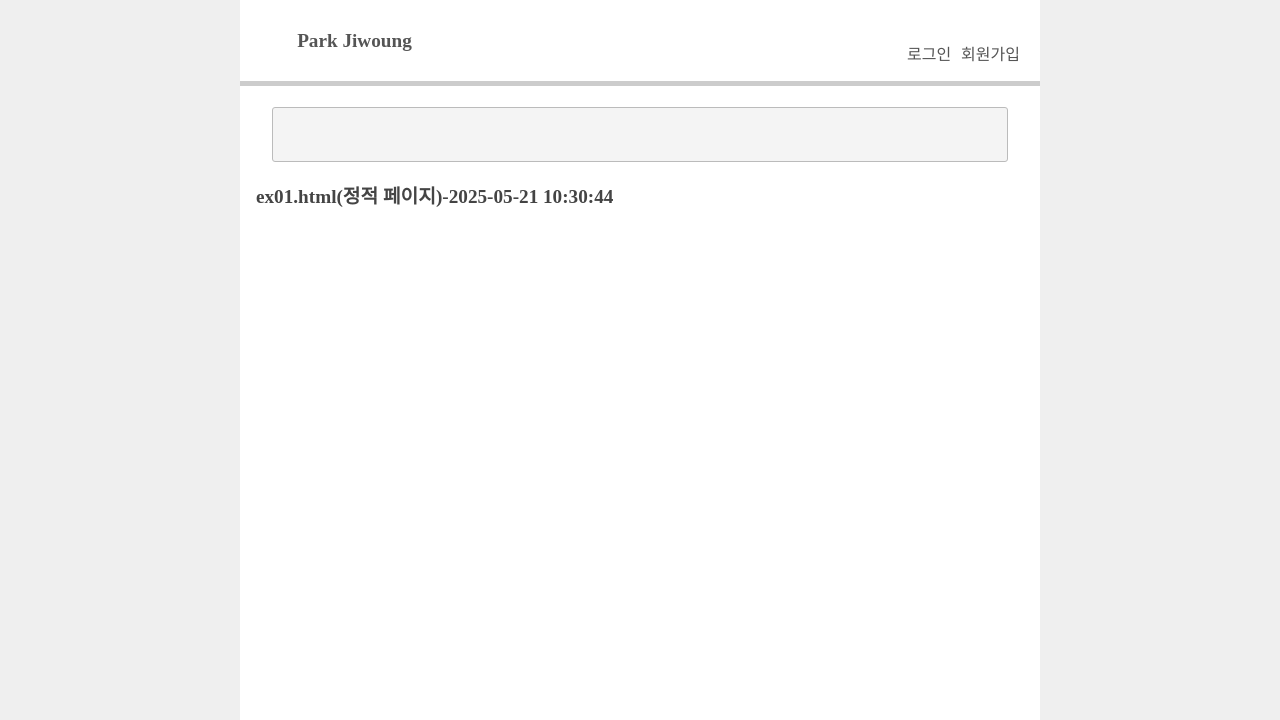
Repository: park-jiwoong/webClass
Page: http://localhost/jspPro/days01/ex01.jsp
The author's editor kept a copy of each file at every save. The page is drawn from the files as they stood at one save, then again after the next save.
The browser window is 1280 px wide. The pictures show the whole page.
Some web fonts or font styles are not loaded; a fallback is used. The page is served by Tomcat 9. Other server files are loaded and not shown.

Above is the page before, as saved 2025-05-21 01:32:58.

### JSPClass/jspPro/src/main/webapp/days01/ex01.jsp
<%@ page contentType="text/html; charset=UTF-8" pageEncoding="UTF-8"%>
<!DOCTYPE html>
<html>
<head>
<meta charset="UTF-8">
<meta name="viewport" content="width=device-width, initial-scale=1.0">
<link rel="shortcut icon" type="image/x-icon" href="http://localhost/jspPro/images/SiSt.ico">
<title>2025. 5. 21. 오전 10:31:44</title>
<script src="https://ajax.googleapis.com/ajax/libs/jquery/3.7.1/jquery.min.js"></script>
<link rel="stylesheet" href="http://localhost/jspPro/resources/cdn-main/example.css">
<script src="http://localhost/jspPro/resources/cdn-main/example.js"></script>
	<style>
 	span.material-symbols-outlined{
    vertical-align: text-bottom;
 	}
	</style>
</head>
<header>
    <h1 class="main"><a href="#" style="position: absolute;top:30px;">Park Jiwoung</a></h1>
    <ul>
        <li><a href="#">로그인</a></li>
        <li><a href="#">회원가입</a></li>

    </ul>
</header>
<div>
    <xmp class="code">
    </xmp>
    <h3>ex01.html(정적 페이지)-2025-05-21 10:30:44</h3>
</div>
</html>

### JSPClass/jspPro/src/main/webapp/resources/cdn-main/example.css
@charset "UTF-8";

@import url('https://fonts.googleapis.com/css2?family=Material+Symbols+Outlined:opsz,wght,FILL,GRAD@20..48,100..700,0..1,-50..200');

@font-face {
    font-family: 'GmarketSansMedium';
    src: url('https://cdn.jsdelivr.net/gh/projectnoonnu/noonfonts_2001@1.1/GmarketSansMedium.woff') format('woff');
    font-weight: normal;
    font-style: normal;
}

:root {
	--text-color: #555;
	--sub-text-color: #777;
	--back-color: #EFEFEF;
	--header-color: #444;
	--primary-color: #DEDEDE;
	--secondary-color: #EFEFEF;
	--default-width: 800px;
	--narrow-width: 500px;
	--wide-width: 1200px;
	--text-font: 'GmarketSansMedium';
	--icon-font: 'Material Symbols Outlined';
	--border-color: #CCC;
}

html, body {
	margin: 0;
	padding: 0;
}

html {
	background-color: var(--back-color);
	display: flex;
	justify-content: center;
	min-height: 100vh;
}

body, body.default {
	width: var(--default-width);
	background-color: white;
	padding-bottom: 120px;
}

body.wide {
	width: var(--wide-width);
}

body.narrow {
	width: var(--narrow-width);
}



body, p, div, span, a, input, select, option, textarea, button, table, th, td, label, fieldset, legend {
	font-family: var(--text-font);
	color: var(--text-color);
}

h1, h2, h3 {
	font-family: var(--text-font);
	color: var(--header-color);
	padding: 0 1rem;
	padding-top: .5rem;
}

div > h1, div > h2, div > h3 {
	padding: 0;
}

body > div, body > main > div {
	padding: 0.3rem 1rem;
}


h1 { font-size: 2rem; border-bottom: 1px solid var(--border-color); }
h1 small { font-size: 1.2rem; color: var(--sub-text-color); }
h2 { font-size: 1.5rem; border-bottom: 1px dashed var(--border-color); }
h2 small { font-size: 1.1rem; color: --sub-text-color; }
h3 { font-size: 1.2rem; }
h3 small { font-size: 1rem; color: --sub-text-color; }



h1.main::before {
	font-family: var(--icon-font);
  	content: '\e666';
  	margin-right: 10px;
  	float: left;
	font-size: 2.5rem;
}

h1.sub::before {
	font-family: var(--icon-font);
  	content: '\ea19';
  	margin-right: 10px;
  	float: left;
	font-size: 2.5rem;
}


h1.page::before {
	font-family: var(--icon-font);
  	content: '\e0e0';
  	margin-right: 10px;
  	float: left;
	font-size: 2.5rem;
}

body > header > ul > li > .active{
	background-color: #FFF;
	color:#F00;
}

body > header {
	display: flex;
	justify-content: space-between;
	border-bottom: 5px solid var(--border-color);
	min-height: 74px;
	background-color: #FFF;
}

body > header.sticky {
	position: sticky;
	top: 0;
	z-index: 98;
}

body > header > h1 {
	font-size: 1.2rem;
	border: 0;
}

body > header.in > h1::before {
	font-family: var(--icon-font);
  	content: '\e332‥';
  	margin-right: 3px;
  	float: left;
	font-size: 2rem;
}


body > header > ul {
	list-style-type: none;
	display: flex;
	align-items: flex-end;
	margin-right: 10px;
}

body > header > ul > li {
	margin-right: 10px;
	cursor: pointer;
}

body > header > ul > li > a {
	cursor: pointer;
}


form {
	display: block;
}

form > div {
	padding: 0.3rem 1rem;
}

div > form > div {
	padding: 0.3rem 0;
}

input, textarea, button, select {
	border: 1px solid #BBB;
	border-radius: 3px;
	outline: none;
	resize: none;
	padding: 7px;
	margin: 0;
}

input[type=text]:read-only, textarea:read-only {
	cursor: not-allowed;
	background-color: #FFF;
}

input[type=text]:disabled, textarea:disabled {
	cursor: not-allowed;
	background-color: #EEE;
}

input[type=text], input[type=password], textarea, button, select {
	/* width: 300px; */
}

textarea {
	display: block;
	height: 100px;
}

input[type=button], input[type=submit], button {
	/* width: inherit; */
}

input.short, textarea.short, button.short, select.short {
	width: 100px;
}

input.long, textarea.long, button.long, select.long {
	width: 350px;
}

.narrow input.long, .narrow textarea.long, .narrow button.long, .narrow select.long {
	width: calc(100% - 20px);
}

input.full, textarea.full, button.full, select.full {
	width: calc(100% - 20px);
}

textarea.short {
	height: 50px;
}

textarea.long {
	height: 100px;
}

textarea.full {
	height: 200px;
}

input, textarea {
	padding-top: 8px;
}

input[type=button], input[type=submit], button {
	padding: 5px 10px;
	background-color: var(--secondary-color);
	cursor: pointer;
	min-height: 36px;
}

input[type=button].primary, input[type=submit].primary, button.primary {
	/* background-color: rgba(100, 149, 237, .2); */
	background-color: var(--primary-color);
}

input[type=button].primary:hover, input[type=submit].primary:hover, button.primary:hover {
	/* background-color: rgba(100, 149, 237, .3); */
	background-color: var(--secondary-color);
}

input[type=button]:hover, input[type=submit]:hover, button:hover {
	background-color: var(--primary-color);
}

button {
	position: relative;
	left: 0;
	top: 0;
	padding-left: 35px;
}

button .material-symbols-outlined {
	position: absolute;
	left: 10px;
	top: 4px;
}

/* k2nik add */
button.login::before {
	font-family: var(--icon-font);
  	content: '\ea77';
	position: absolute;
	left: 11px;
	top: 4px;
	font-size: 1.25rem;
}

/* k2nik logout */
button.logout::before {
	font-family: var(--icon-font);
  	content: '\e9ba';
	position: absolute;
	left: 11px;
	top: 4px;
	font-size: 1.25rem;
}

/* k2nik help */
button.help::before {
	font-family: var(--icon-font);
  	content: '\f1c0';
	position: absolute;
	left: 11px;
	top: 4px;
	font-size: 1.25rem;
}

button.add::before{
	font-family: var(--icon-font);
  	content: '\e746';
	position: absolute;
	left: 11px;
	top: 4px;
	font-size: 1.25rem;
}

button.back::before {
	font-family: var(--icon-font);
  	content: '\e166';
	position: absolute;
	left: 11px;
	top: 4px;
	font-size: 1.25rem;
}

button.list::before {
	font-family: var(--icon-font);
  	content: '\e0ee';
	position: absolute;
	left: 11px;
	top: 4px;
	font-size: 1.25rem;
}


button.del::before {
	font-family: var(--icon-font);
  	content: '\e872';
	position: absolute;
	left: 11px;
	top: 4px;
	font-size: 1.25rem;
}

button.alldel::before {
	font-family: var(--icon-font);
  	content: '\e92b';
	position: absolute;
	left: 11px;
	top: 4px;
	font-size: 1.25rem;
}


button.edit::before {
	font-family: var(--icon-font);
  	content: '\e745';
	position: absolute;
	left: 11px;
	top: 4px;
	font-size: 1.25rem;
}


button.login::before {
	font-family: var(--icon-font);
  	content: '\ea77';
	position: absolute;
	left: 11px;
	top: 4px;
	font-size: 1.25rem;
}


button.logout::before {
	font-family: var(--icon-font);
  	content: '\e9ba';
	position: absolute;
	left: 11px;
	top: 4px;
	font-size: 1.25rem;
}


button.in::before {
	font-family: var(--icon-font);
  	content: '\f71a';
	position: absolute;
	left: 11px;
	top: 4px;
	font-size: 1.25rem;
}


button.out::before {
	font-family: var(--icon-font);
  	content: '\f70e';
	position: absolute;
	left: 11px;
	top: 4px;
	font-size: 1.25rem;
}


button.reply::before {
	font-family: var(--icon-font);
  	content: '\e15e';
	position: absolute;
	left: 11px;
	top: 4px;
	font-size: 1.25rem;
}


button.comment::before {
	font-family: var(--icon-font);
  	content: '\e0b9';
	position: absolute;
	left: 11px;
	top: 4px;
	font-size: 1.25rem;
}


button.modal::before {
	font-family: var(--icon-font);
  	content: '\e89e';
	position: absolute;
	left: 11px;
	top: 4px;
	font-size: 1.25rem;
}


button.ok::before {
	font-family: var(--icon-font);
  	content: '\e86c';
	position: absolute;
	left: 11px;
	top: 4px;
	font-size: 1.25rem;
}


button.cancel::before {
	font-family: var(--icon-font);
  	content: '\e5c9';
	position: absolute;
	left: 11px;
	top: 4px;
	font-size: 1.25rem;
}

button.search::before {
	font-family: var(--icon-font);
  	content: '\e8b6';
	position: absolute;
	left: 11px;
	top: 4px;
	font-size: 1.25rem;
}

button.home::before {
	font-family: var(--icon-font);
  	content: '\e88a';
	position: absolute;
	left: 11px;
	top: 4px;
	font-size: 1.25rem;
}


button.sidebar::before {
	font-family: var(--icon-font);
  	content: '\f7e4';
	position: absolute;
	left: 11px;
	top: 4px;
	font-size: 1.25rem;
}


button.sidebar-right::before {
	font-family: var(--icon-font);
  	content: '\f7e5';
	position: absolute;
	left: 11px;
	top: 4px;
	font-size: 1.25rem;
}




button::before {
	font-family: var(--icon-font);
  	content: '\e323';
	position: absolute;
	left: 11px;
	top: 4px;
	font-size: 1.25rem;
}


table {
	border-collapse: collapse;
	margin: 1rem;
	box-sizing: border-box;
	width: calc(100% - 32px);
}

table.content {
	width: auto;
}

div > table {
	margin: 0;
}

table th, table td {
	border: 1px solid var(--border-color);
	padding: 7px;
	font-weight: normal;
}

table th {
	background-color: var(--back-color);
}

table.vertical th {
	width: 150px;
}

table.vertical td {
	width: calc(100% - 182px);
	padding-left: 10px;
}

table.content td, table.content th {
	width: auto;
}

body.narrow table.vertical th {
	width: 100px;
}

body.narrow table.vertical td {
	width: calc(100% - 182px);
}


table + table {
	margin-top: 30px;
}


p {
	padding: 0 1rem;
}

a {
	text-decoration: none;
}

a:hover {
	color: rgba(255, 99, 71, .7);
}

hr {
	border: 0;
	border-top: 1px solid var(--border-color);
	margin: 2rem 0;
}

.message {
	border: 1px solid var(--border-color);
	background-color: #EFEFEF;
	margin: 1rem;
	width: auto;
	padding-top: 10px;
	padding-bottom: 10px;
	font-size: 14px;
}

.message[title]::before {
	content: attr(title);
	display: block;
	border-bottom: 1px solid var(--border-color);
	padding-bottom: 5px;
	margin-bottom: 10px;
	margin-top: 7px;
}

.message.short {
	max-width: 250px;
}

.message.long {
	max-width: 500px;
}

.badge {
	float: right;
	font-size: .8rem;
	margin-top: 2px;
	margin-right: 2px;
	text-shadow: 0 0 7px gray;
}

.badge.left {
	float: none;
	margin-left: 2px;
}

.badge.right {
	float: right;
}

.badge.red {
	border-radius: 50%;
	padding: 2px 5px;
	background-color: rgb(255, 99, 71, .3);
}

.badge.yellow {

	border-radius: 50%;
	padding: 2px 5px;
	background-color: rgb(255, 215, 0, .5);
}

.badge.blue {
	border-radius: 50%;
	padding: 2px 5px;
	background-color: rgb(100, 149, 237, .3);
}

label + label {
	margin-left: 7px;
}

label input[type=checkbox], label input[type=radio] {
	transform: translate(0, 1px);
}

.group {
	display: flex;
}

.modal-content .group {
	margin-bottom: .5rem;
}

.group label {
	border: 1px solid #BBB;
	border-radius: 3px;
	outline: none;
	resize: none;
	padding: 7px 14px;
	margin: 0;
	border-top-right-radius: 0;
	border-bottom-right-radius: 0;
	background-color: #EFEFEF;
	white-space: nowrap;
	font-size: 14px;
}

.group input[type=text] {
	margin-left: -1px;
	border-top-left-radius: 0;
	border-bottom-left-radius: 0;
}

.group select {
	margin-left: -1px;
	border-top-left-radius: 0;
	border-bottom-left-radius: 0;
}

.group input.full[type=text] {
	margin-left: -1px;
	border-top-left-radius: 0;
	border-bottom-left-radius: 0;
	width: 100%;
}

.group input[type=button]:first-child, .group button:first-child {
	border-top-left-radius: 3px;
	border-bottom-left-radius: 3px;
	margin-left: 0px;
}

.group input[type=button], .group button {
	border-radius: 0;
	margin-left: -1px;
}

.group input[type=button]:last-child, .group button:last-child {
	margin-left: -1px;
	border-top-right-radius: 3px;
	border-bottom-right-radius: 3px;
}

.seperate {
	display: flex;
	justify-content: space-between;
}

div.list {
	width: max-content;
	margin: 1rem;
	border: 1px solid #BBB;
	border-radius: 3px;
	padding: 0;
}

div.list.full {
	width: auto;
	display: block;
	margin: 1rem;
	border: 1px solid #BBB;
	border-radius: 3px;
	padding: 0;
}

div.list > div {
	padding: .5rem 1rem;
	margin: 0;
	border-bottom: 1px solid #BBB;
}

div.list > div:last-child {
	border-bottom: 0;
}

pre.code , xmp.code{
	font-family: consols;
	background-color: rgba(150, 150, 150, .1);
	border: 1px solid #BBB;
	border-radius: 3px;
	padding: .5rem 1rem;
	padding-bottom: .6rem;
	margin: 1rem;
}




*[data-modal-window] {
	position: fixed;
	background-color: rgba(0, 0, 0, .3);
	left: 0;
	top: 0;
	display: none;
	justify-content: center;
	align-items: flex-start;
	width: 100%;
	min-height: 100vh;
	z-index: 100;
	opacity: 0;
	transition: 500ms all;
}

*[data-modal-window] .modal-container {
	border-radius: 5px;
	padding: 1rem;
	padding-bottom: .5rem;
	margin-top: -500px;
	opacity: 0;
	width: 500px;
	background-color: #FFF;
	margin-right: 2rem;
	transition: 500ms all;
}

*[data-modal-size=content] .modal-container {
	width: auto;
}

*[data-modal-size=narrow] .modal-container {
	width: 300px;
}

*[data-modal-size=wide] .modal-container {
	width: 760px;
}


*[data-modal-window] .modal-header {
	border-bottom: 1px solid var(--border-color);
	padding: 2px 5px;
}

*[data-modal-window] .modal-content {
	padding: 1rem 5px;
}

*[data-modal-window] .modal-content div:last-child {
	margin-top: 1rem;
	text-align: right;
}



*[data-sidebar-window] {
	position: fixed;
	background-color: #FFF;
	left: 0;
	top: 0;
	display: block;
	width: 300px;
	border-right: 1px solid var(--border-color);
	box-sizing: border-box;
	box-shadow: 0 0 3px var(--back-color);
	min-height: 100vh;
	z-index: 99;
	transform: translate(-300px, 0);
	transition-duration: 500ms;
	transition-property: transform;
}

*[data-sidebar-direction=right] {
	left: auto;
	right: 0;
	transform: translate(300px, 0);
	border-left: 1px solid var(--border-color);
}

*[data-sidebar-size=wide] {
	width: 500px;
	transform: translate(-500px, 0);
}

*[data-sidebar-window] .sidebar-title {
	border-bottom: 1px solid var(--border-color);
	margin-top: 20px;
	margin-bottom: 20px;
	padding-bottom: 5px;
	display: flex;
	justify-content: space-between;
}

*[data-sidebar-window] .sidebar-title span:last-child {
	cursor: pointer;
}


/* K2Nik pagination */
.center {
  text-align: center;
}

.pagination {
  display: inline-block;
}

.pagination a {
  color: black;
  float: left;
  padding: 3px 6px;
  text-decoration: none;
  transition: background-color .3s;
  border: 1px solid #ddd;
  margin: 0 3px;
}

.pagination a.active {
  background-color: #4CAF50;
  color: white;
  border: 1px solid #4CAF50;
}

.pagination a:hover:not(.active) {background-color: #ddd;}

### JSPClass/jspPro/src/main/webapp/resources/cdn-main/example.js

window.onload = () => {

    const list = document.querySelectorAll('input, textarea');

    list.forEach(item => {
        item.setAttribute('autocomplete', 'off');
    });


    const modal_btn_list = document.querySelectorAll('*[data-modal-button]');

    modal_btn_list.forEach(item => {
        item.onclick = function() {

            const name = this.dataset['modalButton'];
            const modal_window = document.querySelector('*[data-modal-window=' + name);

            const container = document.createElement('div');
            container.className = 'modal-container';



            const modal_header = document.createElement('div');
            modal_header.textContent = modal_window.dataset['modalTitle'];
            modal_header.className = 'modal-header';
            container.appendChild(modal_header);

            const modal_content = document.createElement('div');
            modal_content.className = 'modal-content';
            container.appendChild(modal_content);

            Array.from(modal_window.childNodes).forEach(item => {
                modal_content.appendChild(item);
            });

            modal_window.appendChild(container);

            modal_window.style.display = 'flex';

            setTimeout(() => {
                modal_window.style.opacity = 1;
                container.style.marginTop = '20px';
                container.style.opacity = 1;
            }, 50);


            const modal_ok = document.querySelector('*[data-modal-ok=' + name);
            modal_ok.addEventListener('click', function() {
                modal_window.style.opacity = 0;
                container.style.marginTop = '-500px';
                container.style.opacity = 0;

                setTimeout(() => {
                    modal_window.innerHTML = modal_content.innerHTML;
                    modal_window.style.display = 'none';
                }, 500);

            });

            const modal_cancel = document.querySelector('*[data-modal-cancel=' + name);
            modal_cancel.addEventListener('click', function() {

                modal_window.style.opacity = 0;
                container.style.marginTop = '-500px';
                container.style.opacity = 0;

                setTimeout(() => {
                    modal_window.innerHTML = modal_content.innerHTML;
                    modal_window.style.display = 'none';
                }, 500);
            });


        };
    });


    const sidebar_btn_list = document.querySelectorAll('*[data-sidebar-button]');

    sidebar_btn_list.forEach(item => {
        item.onclick = function() {



            const name = this.dataset['sidebarButton'];
            const sidebar_window = document.querySelector('*[data-sidebar-window=' + name);

            if (sidebar_window.style.transform == 'translate(0px, 0px)') return;



            sidebar_window.style.transform = 'translate(0, 0)';

            const sidebar_title = document.createElement('div');
            sidebar_title.className = 'sidebar-title';
            sidebar_title.innerHTML = '<span>' + sidebar_window.dataset['sidebarTitle'] + '</span><span class="material-symbols-outlined">close</span>';

            sidebar_title.children[1].onclick = function() {

                let sign = 1;
                let distance = 300;

                if (sidebar_window.dataset['sidebarDirection'] != 'right') {
                    sign = -1;
                } else {
                    sign = 1;
                }

                if (sidebar_window.dataset['sidebarSize'] != 'wide') {
                    distance = 300;
                } else {
                    distance = 500;
                }

                distance *= sign;

                sidebar_window.style.transform = 'translate(' + distance + 'px, 0)';

                setTimeout(function() {
                    sidebar_window.removeChild(sidebar_window.children[0]);
                }, 500);
            };


            sidebar_window.prepend(sidebar_title);

        }
    });

};

// window.onkeydown = function(event) {

//     if (event.keyCode == 27) {
//         if (document.querySelector('[data-modal-window').style.display == 'flex') {
//             document.querySelector('[data-modal-window').style.display = 'none';
//         }
//     }

// };

After the next save:
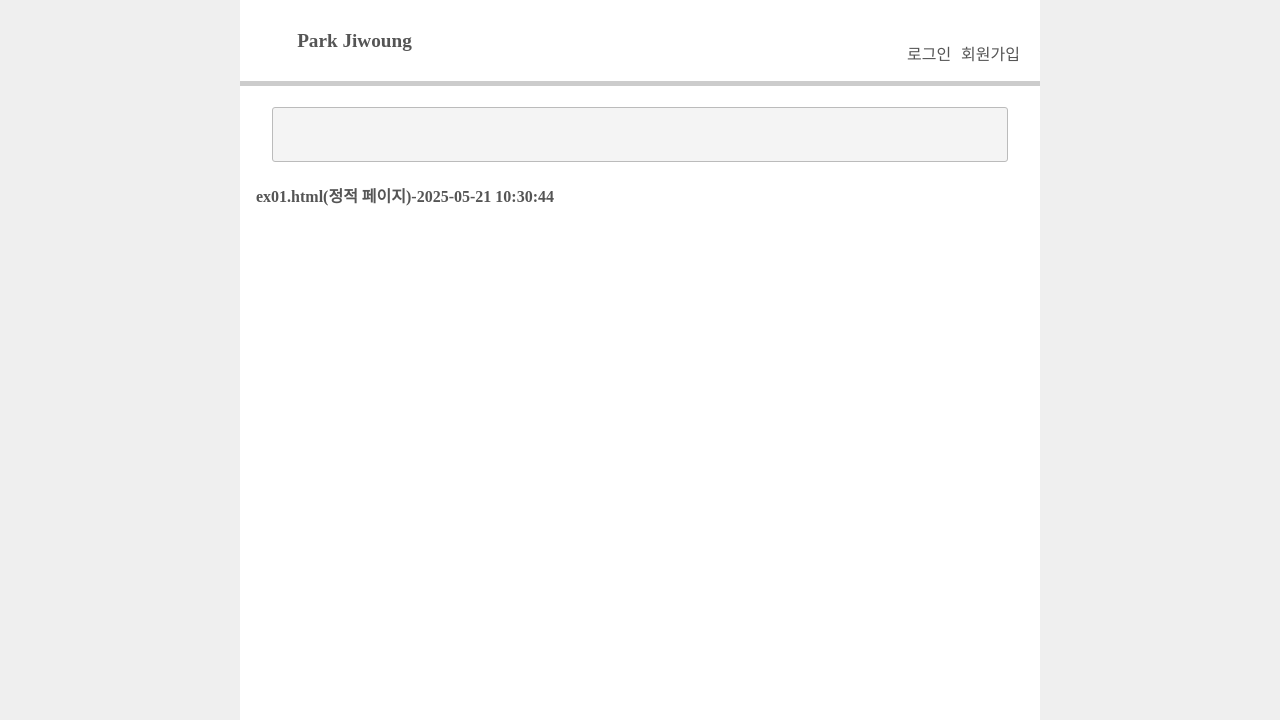
Saved 32 s later.
--- a/JSPClass/jspPro/src/main/webapp/days01/ex01.jsp
+++ b/JSPClass/jspPro/src/main/webapp/days01/ex01.jsp
@@ -26,6 +26,6 @@
 <div>
     <xmp class="code">
     </xmp>
-    <h3>ex01.html(정적 페이지)-2025-05-21 10:30:44</h3>
+    <h4>ex01.html(정적 페이지)-2025-05-21 10:30:44</h4>
 </div>
 </html>
